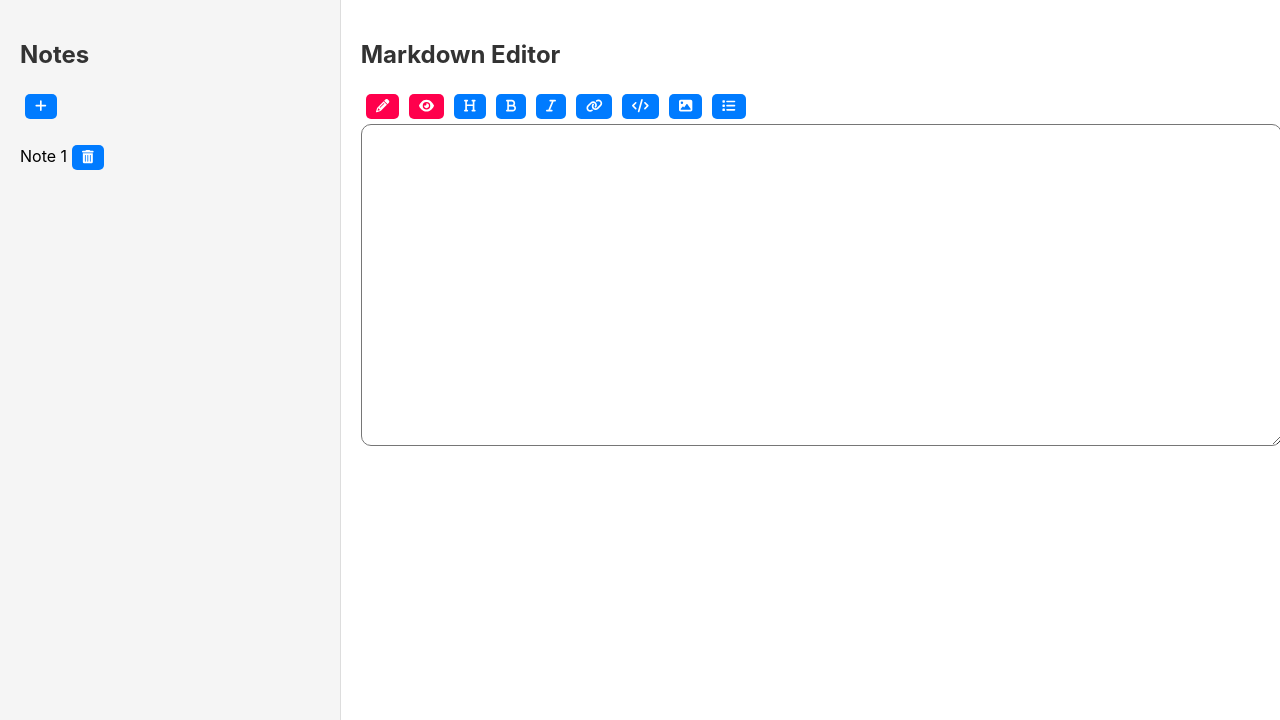
Repository: sriram1224/markdown_editor
Page: /
These files come from the project's save history. The page is drawn as it stood at one moment and after the next save; the edit follows.
The browser window is 1280 px wide. The pictures show the whole page.
The project was rebuilt for these pictures with package versions that can differ from the ones it lists, and the page was loaded fresh each time.

Above is the page before, as saved 2024-04-22 23:38:26.

After the next save:
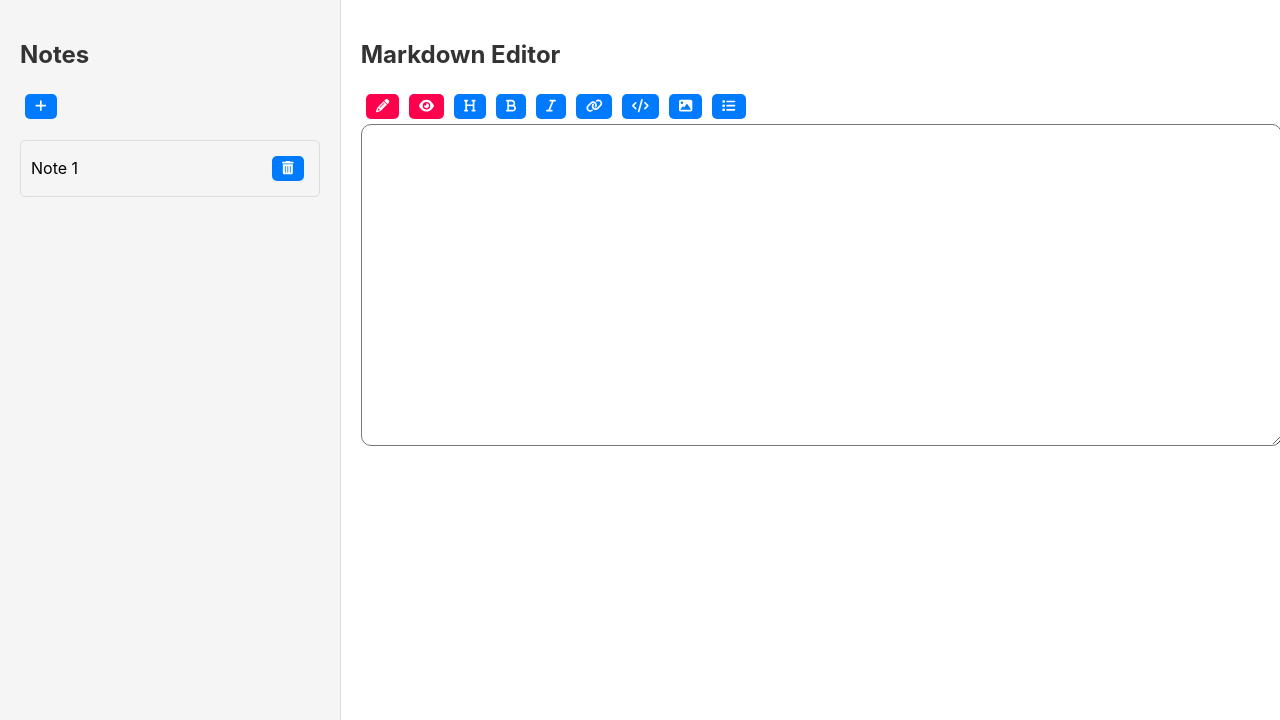
Saved 13 s later.
--- a/src/App.css
+++ b/src/App.css
@@ -24,7 +24,16 @@
 .notes-container h2 {
   color: #333;
 }
+.note{
+  display: flex;
+  justify-content: space-between;
+  align-items: center;
+  padding: 10px;
+  border: 1px solid #ddd;
+  border-radius: 5px;
+  margin: 10px 0;
 
+}
 .notes-container ul {
   list-style-type: none;
   padding: 0;
